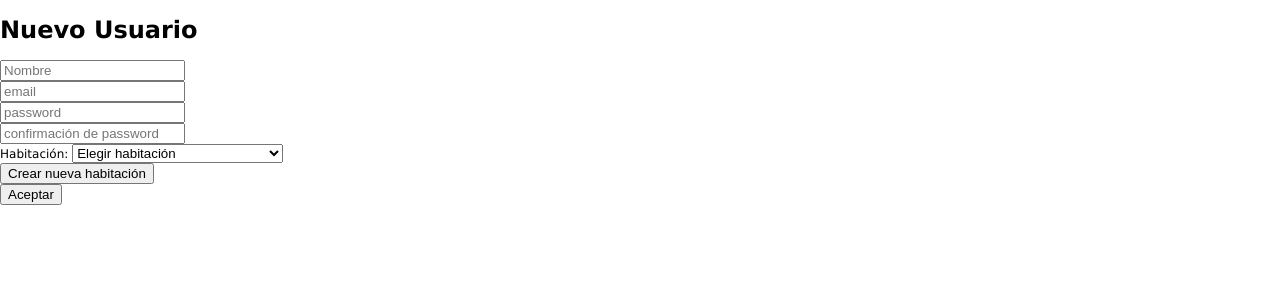
Repository: anagut/java-web
Page: http://localhost/HelloLogin/nuevousuario
An editor plug-in stored every save of this project. The page is shown before and after the next save, followed by the edit.
The browser window is 1280 px wide. The pictures show the whole page.
The page is served by Tomcat 9. Other server files are loaded and not shown.

Above is the page before, as saved 2018-11-16 10:31:41.
Console error: TypeError: Cannot set properties of null (setting 'onclick')

### HelloLogin/WebContent/nuevousuario.jsp
<%@ taglib uri="http://java.sun.com/jsp/jstl/core" prefix="c" %>

<%@ page language="java" contentType="text/html; charset=UTF-8"
    pageEncoding="UTF-8"%>
<!DOCTYPE html>
<html>
<head>
<meta charset="UTF-8">
<title>Nuevo Usuario</title>
<link rel="stylesheet" href="./css/style.css"></link>

</head>
<body>
	<h1>Nuevo Usuario</h1>
	<div class="error">${error}</div>
	<form action="" method="POST">
	<div>
	<input type="text" placeholder="Nombre" name="nombre" id="nombre" value="${newusuario.name}" required/>
	</div>
	<div>
	<input type="email" placeholder="email" name="email" id="email" value="${newusuario.email}" required/>
	</div>
	<div>
	<input type="password" placeholder="password" name="password" id="password"/>
	</div>
	<div>
	<input type="password" placeholder="confirmación de password" name="passwordconf" id="passwordconf"/>
	</div>
		<div>
		<label for="habitacion">Habitación:</label>
		<select name="habitacion" id="habitacion">
<!-- 		Aquí irán las habitaciones -->
			<option selected disabled>Elegir habitación</option>
		<c:forEach var="unaHabitacion" items="${lasHabitaciones}">
			<option value="${unaHabitacion.hid}">${unaHabitacion.calle}, ${unaHabitacion.num} (${unaHabitacion.ciudad})</option>
   		</c:forEach>
		</select>
		<div><button id="habBtn">Crear nueva habitación</button></div>
	</div>

	<div><button>Aceptar</button></div>
	</form>


</body>

<script src="./js/script.js"></script>
</html>

### HelloLogin/src/com/ana/controllers/NuevoUsuarioServlet.java
package com.ana.controllers;

import java.io.IOException;
import java.util.ArrayList;

import javax.servlet.ServletException;
import javax.servlet.annotation.WebServlet;
import javax.servlet.http.HttpServlet;
import javax.servlet.http.HttpServletRequest;
import javax.servlet.http.HttpServletResponse;

import com.ana.database.BBDD;
import com.ana.models.Habitacion;
import com.ana.models.Usuario;

/**
 * Servlet implementation class NuevosUsuariosServlet
 */
@WebServlet("/nuevousuario")
public class NuevoUsuarioServlet extends HttpServlet {
	private static final long serialVersionUID = 1L;

    /**
     * @see HttpServlet#HttpServlet()
     */
    public NuevoUsuarioServlet() {
        super();
        // TODO Auto-generated constructor stub
    }

	/**
	 * @see HttpServlet#doGet(HttpServletRequest request, HttpServletResponse response)
	 */
	protected void doGet(HttpServletRequest request, HttpServletResponse response) throws ServletException, IOException {

		ArrayList<Habitacion> habitaciones = BBDD.getInstance().habitaciones;

		request.setAttribute("lasHabitaciones", habitaciones);

		request.getRequestDispatcher("./nuevousuario.jsp").forward(request, response);

	}
	protected void doPost(HttpServletRequest request, HttpServletResponse response) throws ServletException, IOException {

		String nombrerecibido = request.getParameter("nombre");
		String emailrecibido = request.getParameter("email");
		String passwordrecibido = request.getParameter("password");
		String passwordconfrecibido = request.getParameter("passwordconf");
		String habitacionrecibida = request.getParameter("habitacion");

		int habitrecibidaId = Integer.parseInt(habitacionrecibida);

		System.out.println("Nombre:"+nombrerecibido);
		System.out.println("Email:"+emailrecibido);
		System.out.println("Password:"+passwordrecibido);
		System.out.println("Password:"+passwordconfrecibido);


//		if (emailrecibido!=null && !emailrecibido.equals("") && emailrecibido.indexOf("@")>0) {
//			//continuar e introducir al usuario en bbdd
//		}else {
//			request.setAttribute("error", "Datos incorrectos");
//			request.setAttribute("emailrec", emailrecibido);
//			this.doGet(request, response);
//		}

		Usuario nuevoUser = new Usuario(0, nombrerecibido, emailrecibido, passwordrecibido, BBDD.getInstance().getHabitacionById(habitrecibidaId));

		if (nuevoUser.esValido(passwordconfrecibido)) {
			//continuar e introducir al usuario en bbdd
			BBDD db = BBDD.getInstance();
			db.insertUsuario(nuevoUser);

			response.sendRedirect("listausuarios");

		}else {
			request.setAttribute("error", "Datos incorrectos");
			request.setAttribute("newusuario", nuevoUser);
			this.doGet(request, response);

		}
	}

}

### HelloLogin/src/com/ana/database/BBDD.java
package com.ana.database;

import java.util.ArrayList;

import com.ana.models.Habitacion;
import com.ana.models.Usuario;

public class BBDD {

	private static BBDD instance=null;

	public ArrayList<Usuario> usuarios = new ArrayList<Usuario>();

	public ArrayList<Habitacion> habitaciones = new ArrayList<Habitacion>();

	public static final BBDD getInstance() {
		if(instance==null) instance = new BBDD();
		return instance;
	}

	private BBDD() {
		this.fillUsuarios();
		this.fillHabitaciones();
		this.relacionarUserHab();
	}

	private boolean fillUsuarios() {
		usuarios.add(new Usuario (1, "Pepe", "p@p.es", "ppp", null));
		usuarios.add(new Usuario (2, "Luisa", "l@l.es", "lll", null));
		usuarios.add(new Usuario (3, "Mordor", "m@m.es", "mmm", null));

		return true;
	}



	private boolean fillHabitaciones() {
		habitaciones.add(new Habitacion (101, "Calle Marqués", 23, "Madrid"));
		habitaciones.add(new Habitacion (102, "Calle Pantomima", 57, "Albacete"));
		habitaciones.add(new Habitacion (103, "Calle Pijo", 12, "Murcia"));

		return true;
	}

	private boolean relacionarUserHab() {
		usuarios.get(0).setHabitacion(habitaciones.get(2));
		usuarios.get(1).setHabitacion(habitaciones.get(1));
		usuarios.get(2).setHabitacion(habitaciones.get(0));

		return true;
	}


	//Método que en función de la id me devuelve un objeto usuario concreto
	//Si no encuentra devuelve un null

	public Usuario getUsuarioById(int id) {
		Usuario usuarioADevolver = null;

		//Iteramos por cada usuario y comparamos su id con el que nos indican
		for (Usuario unUsuario: usuarios) {
			if(unUsuario.getId()==id) {
				usuarioADevolver = unUsuario;
				break;	//cuando encuentra el id, sale del bucle
			}
		}
		return usuarioADevolver;
	}

	public Habitacion getHabitacionById(int hid) {
		Habitacion habitacionADevolver = null;

		for (Habitacion unaHab: habitaciones) {
			if(unaHab.getHid()==hid) {
				habitacionADevolver = unaHab;
				break;
			}
		}
		return habitacionADevolver;
	}

	public boolean existeUsuarioPorEmailyPass(String emailrecibido, String passwordrecibido) {
		boolean existeUsuario = false;
//		for (*tipo de variable (objeto)* *variable* : *array sobre el que se busca*)
		for (Usuario unUsuario : usuarios) {
			if (unUsuario.getEmail().equals(emailrecibido) && unUsuario.getPassword().equals(passwordrecibido)) {
				existeUsuario = true;
				break;
			}
		}
		return existeUsuario;
	}

	public int insertUsuario(Usuario newUser) {
		int nuevoId=0;

		nuevoId=this.usuarios.size()+1;	//simulamos que la bd asigna un id consecutivo
		newUser.setId(nuevoId);

		this.usuarios.add(newUser);

		return nuevoId;

	}

	public int insertHabitacion(Habitacion newHab) {
		int nuevoHid=0;

		nuevoHid=this.habitaciones.size()+1;	//simulamos que la bd asigna un id consecutivo
		newHab.setHid(nuevoHid);

		this.habitaciones.add(newHab);

		return nuevoHid;

	}

}

### HelloLogin/src/com/ana/models/Usuario.java
package com.ana.models;

public class Usuario {
	private int id;
	private String name;
	private String email;
	private String password;
	private Habitacion habitacion;


	public Usuario(int id, String name, String email, String password, Habitacion habitacion) {
		super();
		this.id = id;
		this.name = name;
		this.email = email;
		this.password = password;
		this.habitacion = habitacion;
	}


	public String getPassword() {
		return password;
	}


	public void setPassword(String password) {
		this.password = password;
	}


	public int getId() {
		return id;
	}

	public void setId(int id) {
		this.id = id;
	}

	public String getName() {
		return name;
	}

	public void setName(String name) {
		this.name = name;
	}

	public String getEmail() {
		return email;
	}

	public void setEmail(String email) {
		this.email = email;
	}

	public Habitacion getHabitacion() {
		return habitacion;
	}

	public void setHabitacion(Habitacion habitacion) {
		this.habitacion = habitacion;
	}

//valido los campos del usuario sean correctos
	public boolean esValido(String confpassword) {
		boolean esValidx=true;

		if (this.email==null || this.email.equals("") || this.email.indexOf("@")<=0) esValidx = false;

		if (this.name==null || this.name.equals("") || this.name.matches("(.*)?[0-9](.*)?")) esValidx = false;

		if (this.password==null || this.password.equals("")) esValidx = false;

		if (!this.password.equals(confpassword)) esValidx= false;

		return esValidx;
	}





}

### HelloLogin/src/com/ana/models/Habitacion.java
package com.ana.models;

public class Habitacion {
	private int hid;
	private String calle;
	private int num;
	private String ciudad;


	public Habitacion(int hid, String calle, int num, String ciudad) {
		super();
		this.hid = hid;
		this.calle = calle;
		this.num = num;
		this.ciudad = ciudad;
	}


	public int getHid() {
		return hid;
	}


	public void setHid(int hid) {
		this.hid = hid;
	}


	public String getCalle() {
		return calle;
	}


	public void setCalle(String calle) {
		this.calle = calle;
	}


	public int getNum() {
		return num;
	}


	public void setNum(int num) {
		this.num = num;
	}


	public String getCiudad() {
		return ciudad;
	}


	public void setCiudad(String ciudad) {
		this.ciudad = ciudad;
	}




}

### HelloLogin/WebContent/css/style.css
body{
	margin: 0;
	padding: 0;
	font-family: Verdana;
	font-size: 12px;
}

h1{
	font-size: 2em;
}

ul{
	list-style: none;
	margin: 0;
	padding: 0;
}

ul > li > a > div{
	display: inline-block;
	margin: 1em;
}

.error {
	color: red;
}

### HelloLogin/WebContent/js/script.js
console.log("hola")

document.getElementById("volverBtn").onclick = function(){
	window.history.back();
}

document.getElementById("habBtn").onclick = function(evnt) {
	evnt.preventDefault();
	window.location.href("nuevahabitacion");
}

After the next save:
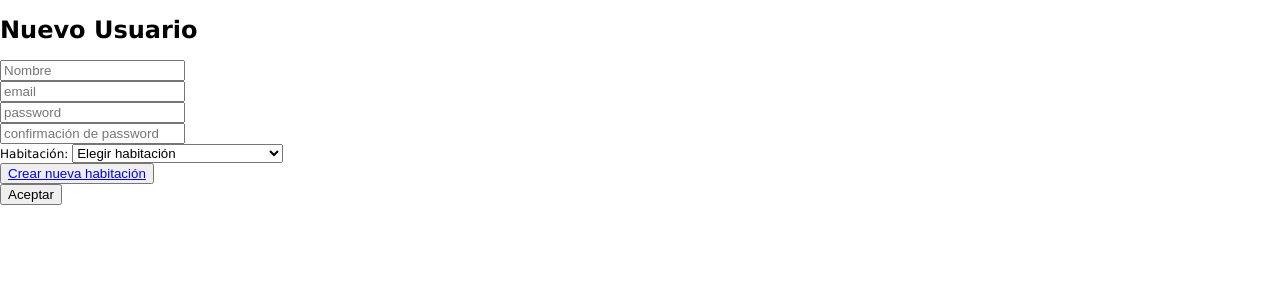
Saved 79 s later.
--- a/HelloLogin/WebContent/nuevousuario.jsp
+++ b/HelloLogin/WebContent/nuevousuario.jsp
@@ -35,7 +35,7 @@
 			<option value="${unaHabitacion.hid}">${unaHabitacion.calle}, ${unaHabitacion.num} (${unaHabitacion.ciudad})</option>
    		</c:forEach>
 		</select>
-		<div><button id="habBtn">Crear nueva habitación</button></div>
+		<div><button id="habBtn"><a href="./nuevahabitacion">Crear nueva habitación</a></button></div>
 	</div>
 
 	<div><button>Aceptar</button></div>
